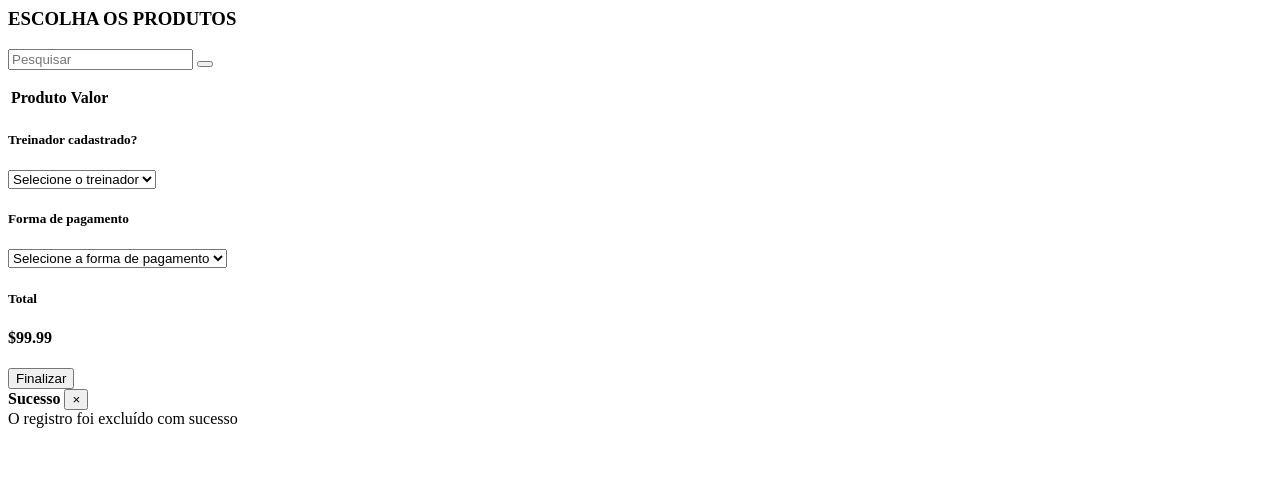
Repository: leobritto-sudo/pokemon-center
Page: http://localhost/App/Views/sale/index.phtml
The author's editor kept a copy of each file at every save. The page is drawn from the files as they stood at one save, then again after the next save.
The browser window is 1280 px wide. The pictures show the whole page.
The page is run by PHP 8.4 with error messages shown; the project is at /var/www/html/.

Above is the page before, as saved 2022-11-18 16:03:05.

After the next save:
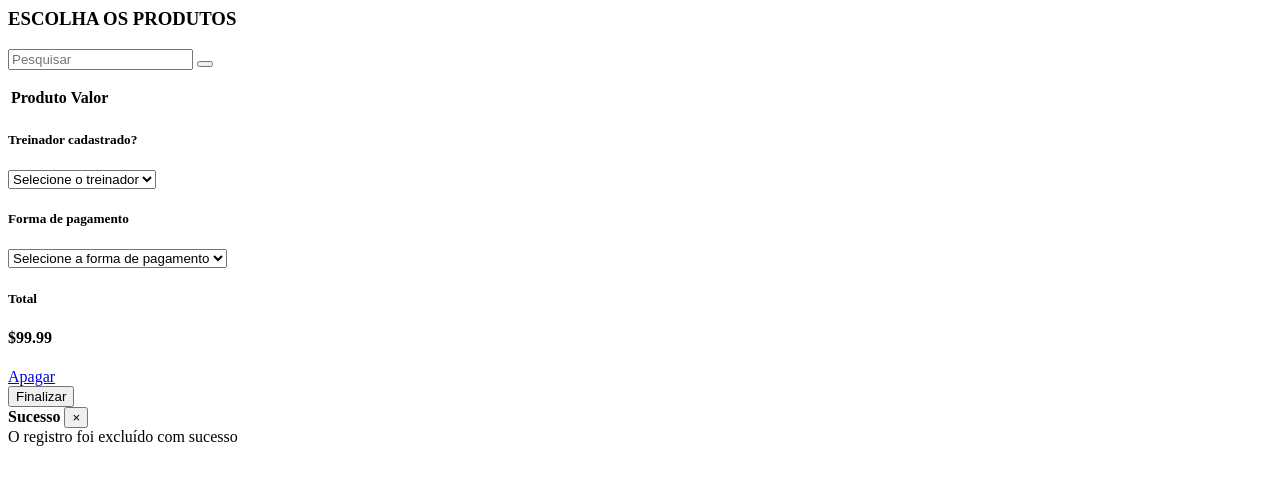
Saved 2 min 8 s later.
--- a/App/Views/sale/index.phtml
+++ b/App/Views/sale/index.phtml
@@ -22,7 +22,7 @@
         </tbody>
     </table>
 
-    <div class="d-flex justify-content-center">
+    <div class="row d-flex justify-content-center">
         <div class="col-4">
             <div class="card">
                 <div class="card-header">
@@ -65,7 +65,14 @@
         </div>
     </div>
 
-    <input type="submit" value="Finalizar">
+    <div class="row d-flex justify-content-center">
+        <div class="col-6">
+            <a href="/sale" class="btn btn-danger btn-block">Apagar</a>
+        </div>
+        <div class="col-6">
+            <input type="submit" value="Finalizar" class="btn btn-success btn-block">
+        </div>
+    </div>
 
     <div class="toast-wrapper d-none">
         <div class="toast" role="alert">
